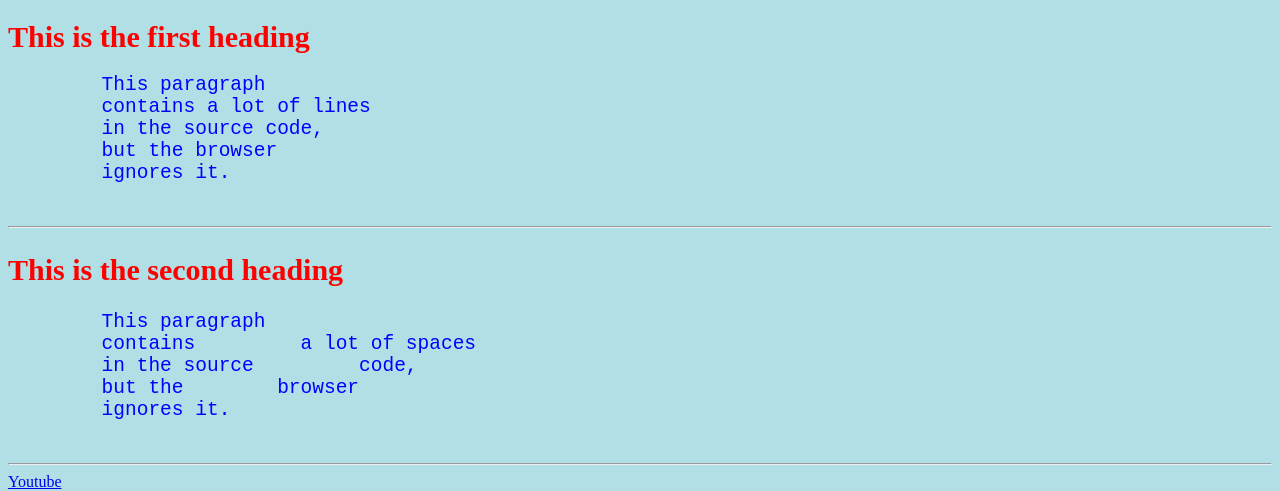
Repository: zRush1202/LoginPage-demo
Page: ex_html/index.html
These files come from the project's save history. The page is drawn as it stood at one moment and after the next save; the edit follows.
The browser window is 1280 px wide. The pictures show the part of the page from y = 0 to 491 px (the page is 765 px tall).
Pictures or frames that could not be fetched are drawn as grey boxes.

Above is the page before, as saved 2023-09-05 18:41:25.

### ex_html/index.html
<!DOCTYPE html>
<html lang="en">
<head>
    <meta charset="UTF-8">
    <meta name="viewport" content="width=device-width, initial-scale=1.0">
    <title>Page Title!</title>
</head>
<body style="background-color: powderblue;">
    <h1 style="color: red; font-size: 30px; font-family:'Times New Roman', Times, serif;">This is the first heading</h1>
    <pre style="color: blue; font-size: 150%;"; title="I'm a tooltip">
        This paragraph
        contains a lot of lines
        in the source code,
        but the browser
        ignores it.
    </pre>
    <hr>
    <h2 style="color:red;font-size: 30px; font-family: 'Times New Roman', Times, serif;">This is the second heading</h2>
    <pre style="color: blue; font-size: 150%;">
        This paragraph
        contains         a lot of spaces
        in the source         code,
        but the        browser
        ignores it.
    </pre>
    <hr>
    <a href="https://www.youtube.com/"> Youtube</a>
    <br>
    <img src="https://inkythuatso.com/uploads/images/2021/10/youtube-logo-inkythuatso-01-27-14-06-56.jpg" alt="Yae Miko" width="450" height="250">
    <br>

</body>
</html>

<!-- <!DOCTYPE html>
<html>
    <head>
        <title>
            Page Title!
        </title>
    </head>
    <body>
        <h1>First heading</h1>
        <p>First paragraph</p>
    </body>
</html> -->

After the next save:
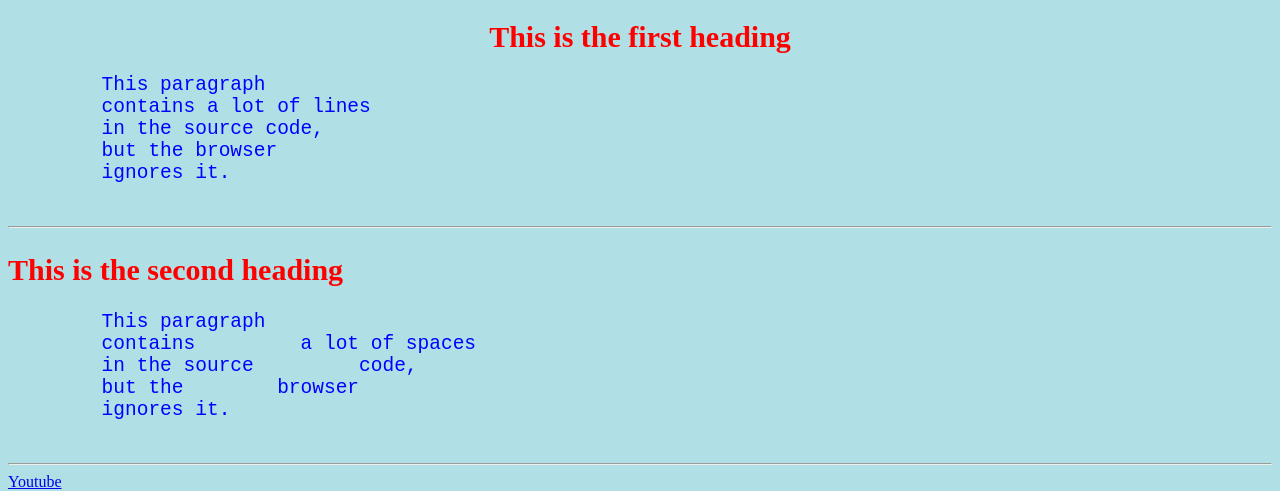
Saved 46 s later.
--- a/ex_html/index.html
+++ b/ex_html/index.html
@@ -6,7 +6,7 @@
     <title>Page Title!</title>
 </head>
 <body style="background-color: powderblue;">
-    <h1 style="color: red; font-size: 30px; font-family:'Times New Roman', Times, serif;">This is the first heading</h1>
+    <h1 style="color: red; font-size: 30px; font-family:'Times New Roman', Times, serif; text-align: center;">This is the first heading</h1>
     <pre style="color: blue; font-size: 150%;"; title="I'm a tooltip">
         This paragraph
         contains a lot of lines

After the save that followed:
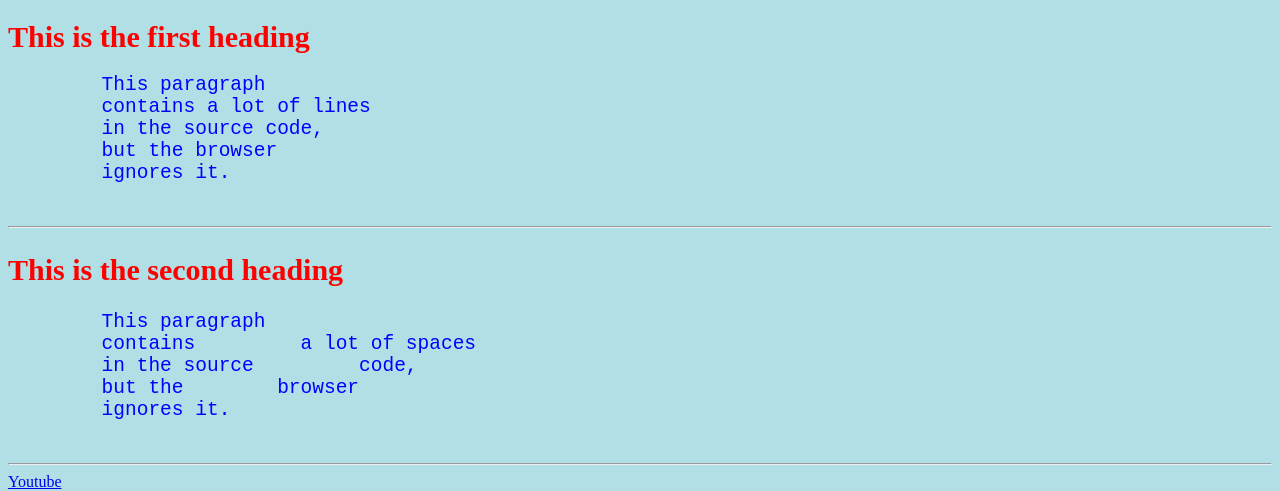
Saved 15 s later.
--- a/ex_html/index.html
+++ b/ex_html/index.html
@@ -6,7 +6,7 @@
     <title>Page Title!</title>
 </head>
 <body style="background-color: powderblue;">
-    <h1 style="color: red; font-size: 30px; font-family:'Times New Roman', Times, serif; text-align: center;">This is the first heading</h1>
+    <h1 style="color: red; font-size: 30px; font-family:'Times New Roman', Times, serif; text-align:left;">This is the first heading</h1>
     <pre style="color: blue; font-size: 150%;"; title="I'm a tooltip">
         This paragraph
         contains a lot of lines
